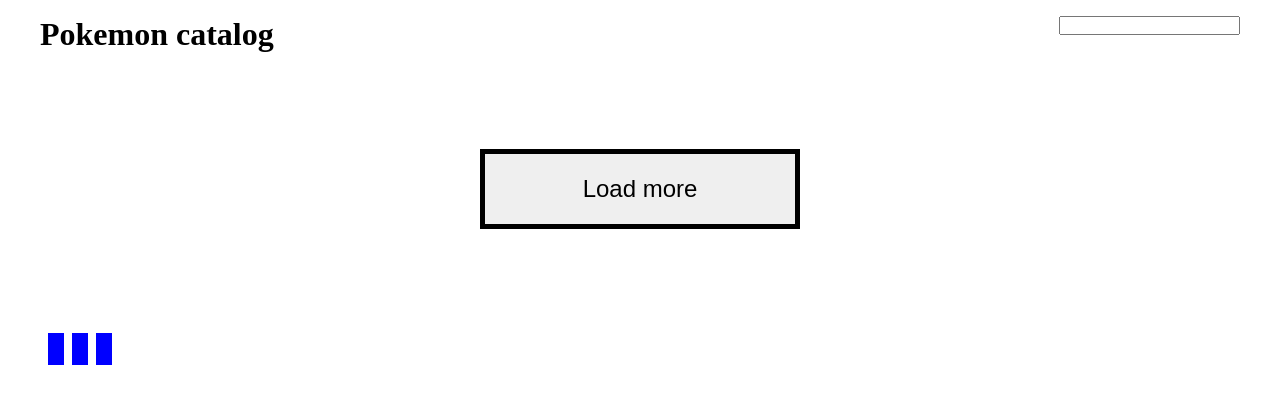
Repository: Ryszard-Penkala/pokemon-API
Page: index.html
These files come from the project's save history. The page is drawn as it stood at one moment and after the next save; the edit follows.
The browser window is 1280 px wide. The pictures show the whole page.
The pointer rests on the first visible `.footer-main__load-button`.
The page's requests for data from a server got no answer.

Above is the page before, as saved 2020-06-28 07:57:22.

### index.html
<!DOCTYPE html>
<html lang="en">
<head>
    <meta charset="UTF-8">
    <meta name="viewport" content="width=device-width, initial-scale=1.0">
    <link href="https://fonts.googleapis.com/css2?family=Lato:wght@400;700&amp;display=swap" rel="stylesheet">
    <link rel="stylesheet" href="assets/styles/styles.css">
    <title>Pokemon API</title>
</head>
<body>
    <main class="pokemon-app">
        <header class="header-main pokemon-app__header">
            <div class="header-main__catalog">
                <h1 class="header-main__heading">Pokemon catalog</h1>
            </div>
            <div class="header-main__search-bar">
                <input class="header-main__searching header-main__searching--active" type="text">
            </div>
        </header>
        <section class="section-main pokemon-app__section" data-content>

        </section>
        <footer class="footer-main pokemon-app__footer">
            <div class="footer-main__load-bar">
                <button class="footer-main__load-button">Load more</button>
                <div class="footer-main__loader"><div></div><div></div><div></div></div>
            </div>

        </footer>
    </main>


    <script src="assets/js/script.js"></script>
    <script>
        const Catalog = new pokemonAPICatalog();
        Catalog.init();
    </script>
</body>
</html>

### assets/styles/styles.css
*, *::before, *::after{
    margin: 0;
    padding: 0;
    box-sizing: border-box;
}
.body{
    display: flex;
    font-family: "Lato", sans-serif;
}

.pokemon-app{
    max-width: 1200px;
    margin: 0 auto;
}

.header-main{
    display: flex;
    justify-content: space-between;
    padding: 1rem 0;
}

.header-mian__catalog{
    display: inline-block;
}

.header-main__search-bar{
    display: inline-block;
}

.section-main{
    display: grid;
    grid-gap: 25px;
    grid-template-columns: repeat(auto-fit, minmax(250px, 1fr));
}
.section-main__card{
    width: 250px;
}
.card__header{
    display: flex;
    justify-content: space-between;
    line-height: 24px;
}

.card__name{
    font-size: 24px;
}

.card__image{
    width: 250px;
}

.card--bold{
    font-weight: 700;
}

.footer-main__load-button{
  display: block;
  margin: 5rem auto;
  height: 5rem;
  width: 20rem;
  font-size: 24px;
  border: 5px solid;
  cursor: pointer;
}

.footer-main__load-button:hover{
  color
}




.footer-main__loader {
    display: inline-block;
    position: relative;
    width: 80px;
    height: 80px;
  }
  .footer-main__loader div {
    display: inline-block;
    position: absolute;
    left: 8px;
    width: 16px;
    background: blue;
    animation: footer-main__loader 1.2s cubic-bezier(0, 0.5, 0.5, 1) infinite;
  }
  .footer-main__loader div:nth-child(1) {
    left: 8px;
    animation-delay: -0.24s;
  }
  .footer-main__loader div:nth-child(2) {
    left: 32px;
    animation-delay: -0.12s;
  }
  .footer-main__loader div:nth-child(3) {
    left: 56px;
    animation-delay: 0;
  }
  @keyframes footer-main__loader {
    0% {
      top: 8px;
      height: 64px;
    }
    50%, 100% {
      top: 24px;
      height: 32px;
    }
  }

### assets/js/script.js
class pokemonAPICatalog {
    constructor() {
        this.catalog = null;
        this.cards = [];
        this.page = 1;

        this.API = "https://api.pokemontcg.io";
        this.API_VERSION= "v1";
        this.API_RESOURCE = "cards?pageSize=4&page=2";
        this.API_PAGE_SIZE = "pageSize=4"
        this.API_PAGE = "page="

        this.API_ENDPOINT = `${this.API}/${this.API_VERSION}/${this.API_RESOURCE}?${this.API_PAGE_SIZE}&${this.API_PAGE}${this.page}`;

        this.UiSelectors = {
            content : `[data-content]`
        }
    }
    init(){
        this.catalog = document.querySelector(this.UiSelectors.content);
        this.pullCards();

    }

    async pullCards(){
        const { cards } = await this.fetchData(this.API_ENDPOINT)
        this.cards = [...cards];
        this.addCards(this.cards);
    }


    async fetchData(url){
        const response = await fetch(url);
        const parsedResponse = await response.json();

        return parsedResponse;
    }

    addCards(cards){
        this.cards.map(card => {
            this.catalog.insertAdjacentHTML("beforeend", this.drawCard(card))
        });
    }

    drawCard(card){
        return(
            `<span class="section-main__card">
                <header class="card__header">
                    <span class="card__name card--bold">${card.name}</span>
                    <span class="card__id">Nr: ${card.number}</span>
                </header>
                <img src=${card.imageUrl} class="card__image">
                <footer class="card_footer">
                    <div class="card__supertype">
                        <span class="card__supertype card--bold">Supertype : </span>
                        ${card.supertype}
                    </div>
                    <div class="card__subtype">
                        <span class="card__subtype card--bold">Subtype : </span>
                        ${card.subtype}
                    </div>
                    <div class="card__rarity">
                        <span class="card__rarity card--bold">Rarity : </span>
                        ${card.rarity}
                    </div>
                </footer>
            </span>`
        )
    }
}

After the next save:
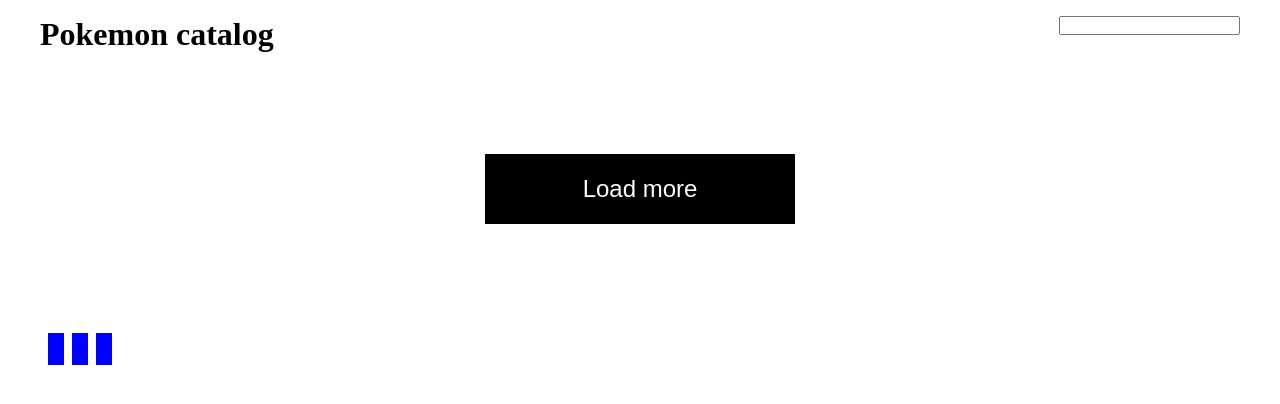
Saved 24 s later.
--- a/assets/styles/styles.css
+++ b/assets/styles/styles.css
@@ -64,7 +64,8 @@
 }
 
 .footer-main__load-button:hover{
-  color
+  color: white;
+  background-color: black;
 }
 
 
